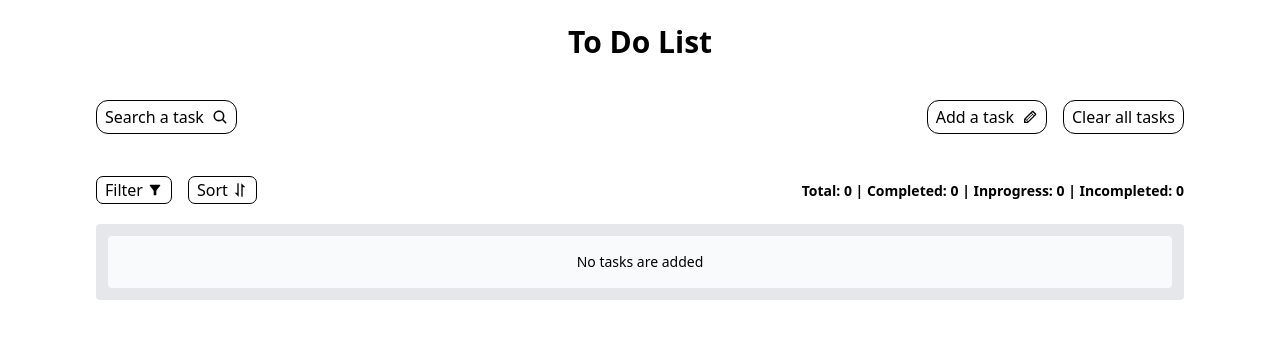
Repository: Priya-creates/Taskly
Page: /
An editor plug-in stored every save of this project. The page is shown before and after a run of saves, followed by the edit.
The browser window is 1280 px wide. The pictures show the whole page.
The project was rebuilt for these pictures with package versions that can differ from the ones it lists, and the page was loaded fresh each time. Also part of the build but not shown: vite.config.js, src/components/AddTask.jsx, src/components/SearchTask.jsx, src/components/Filter.jsx, src/components/Sort.jsx.

Above is the page before, as saved 2025-10-02 18:31:27.

After the next 2 saves:
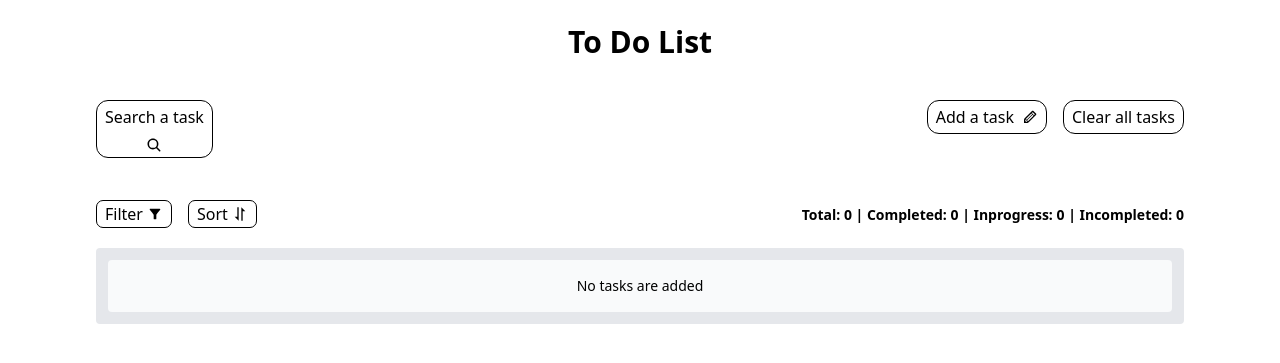
The 2 saves are shown as one change because they came seconds apart.
The last was saved 7 s later.
--- a/src/App.jsx
+++ b/src/App.jsx
@@ -82,7 +82,7 @@
           className="flex items-center gap-2 border-[1px] rounded-xl
              py-1 px-2 mt-4 hover:scale-105 transition-all duration-300
              hover:bg-black hover:text-white cursor-pointer
-             text-sm sm:text-base py-1 sm:py-1 px-2 sm:px-2 "
+             text-sm sm:text-base py-1 sm:py-1 px-2 sm:px-2 flex-col"
         >
           <p>Search a task</p>
           <IoSearch />

After the 2 saves that followed:
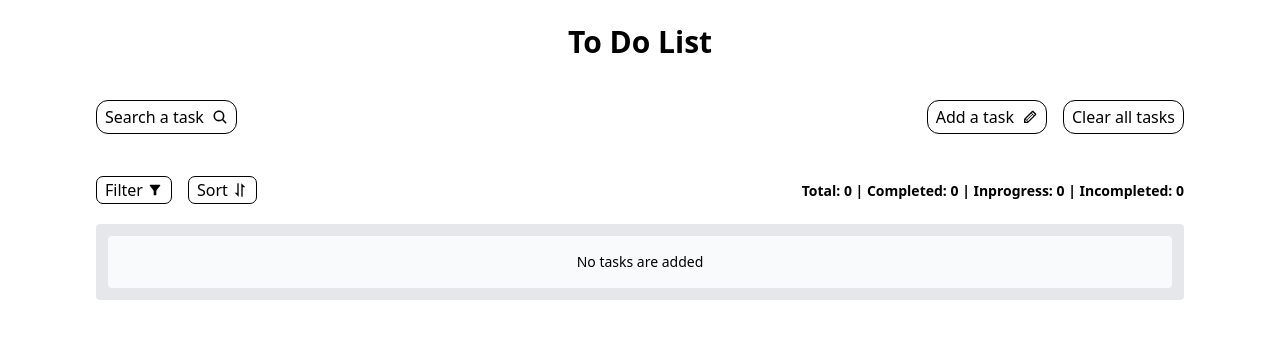
The 2 saves are shown as one change because they came seconds apart.
The last was saved 10 s later.
--- a/src/App.jsx
+++ b/src/App.jsx
@@ -79,7 +79,7 @@
       <div className="flex justify-between items-baseline gap-4">
         <div
           onClick={() => setShowSearchBar(true)}
-          className="flex items-center gap-2 border-[1px] rounded-xl
+          className="flex sm:flex-row items-center gap-2 border-[1px] rounded-xl
              py-1 px-2 mt-4 hover:scale-105 transition-all duration-300
              hover:bg-black hover:text-white cursor-pointer
              text-sm sm:text-base py-1 sm:py-1 px-2 sm:px-2 flex-col"
